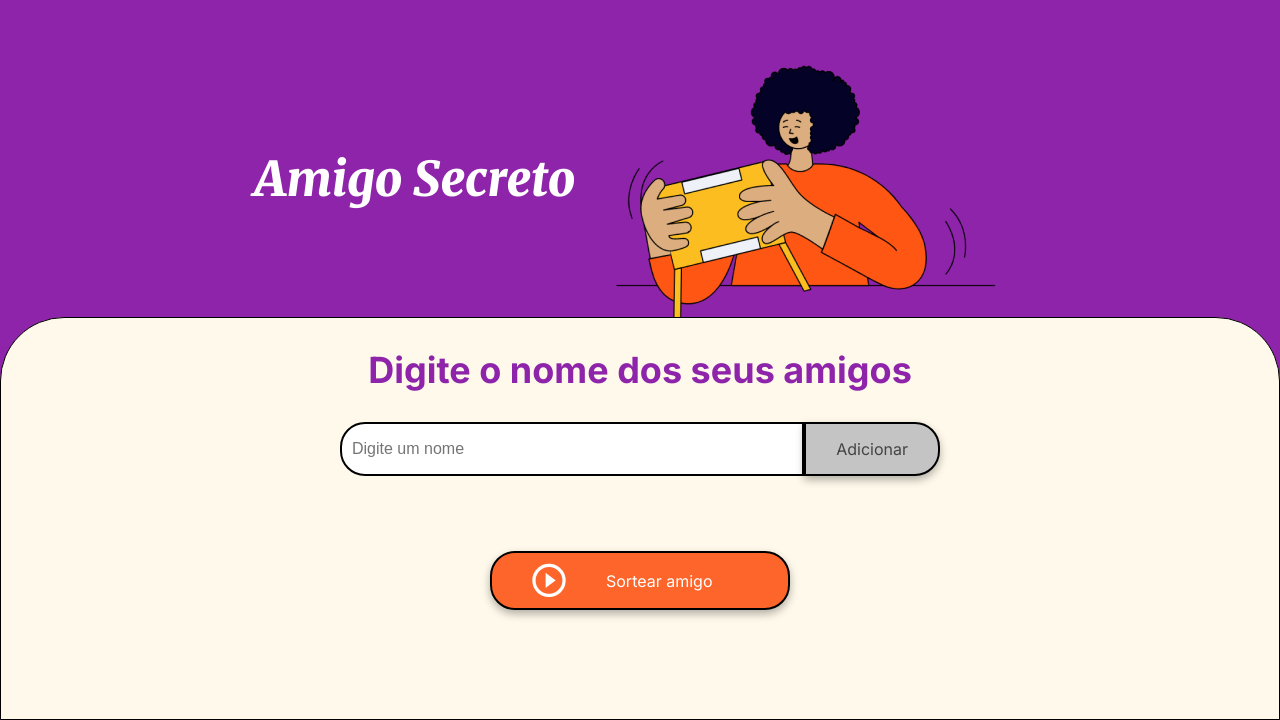
Repository: phsmottanerd/Projeto-amigosecreto
Page: challenge-amigo-secreto_pt-main/index.html
An editor plug-in stored every save of this project. The page is shown before and after the next save, followed by the edit.
The browser window is 1280 px wide. The pictures show the whole page.

Above is the page before, as saved 2025-02-12 02:14:26.

### challenge-amigo-secreto_pt-main/index.html
<!DOCTYPE html>
<html lang="pt-br">
<head>
    <meta charset="UTF-8">
    <meta name="viewport" content="width=device-width, initial-scale=1.0">
    <link rel="stylesheet" href="./style.css">
    <link rel="preconnect" href="https://fonts.googleapis.com">
    <link rel="preconnect" href="https://fonts.gstatic.com" crossorigin>
    <link href="https://fonts.googleapis.com/css2?family=Inter:wght@100;400;700;900&family=Merriweather:ital,wght@0,300;0,400;0,700;0,900;1,300;1,400;1,700;1,900&display=swap" rel="stylesheet">
    <title>Amigo Secreto</title>
</head>

<body>
    <main class="main-content">
        <header class="header-banner">
            <h1 class="main-title">Amigo Secreto</h1>
            <img src="./assets/amigo-secreto.png" alt="Imagem representativa de amigo secreto">
        </header>

        <section class="input-section">
            <h2 class="section-title">Digite o nome dos seus amigos</h2>
            <div class="input-wrapper">
                <input type="text" id="amigo" class="input-name" placeholder="Digite um nome">
                <button class="button-add" onclick="adicionarAmigo()">Adicionar</button>
            </div>

            <ul id="listaAmigos" class="name-list" aria-labelledby="listaAmigos" role="list"></ul>
            <ul id="resultado" class="result-list" aria-live="polite"></ul>

            <div class="button-container">
                <button class="button-draw" onclick="sortearAmigo()" aria-label="Sortear amigo secreto">
                    <img src="./assets/play_circle_outline.png" alt="Ícone para sortear">
                    Sortear amigo
                </button>
            </div>
        </section>
    </main>

    <script src="./app.js" defer></script>
</body>
</html>

### challenge-amigo-secreto_pt-main/style.css
:root {
    --color-primary: #8E24AA;
    --color-secondary: #FFF9EB;
    --color-tertiary: #C4C4C4;
    --color-button: #fe652b;
    --color-button-hover: #e55720;
    --color-text: #444444;
    --color-white: #FFFFFF;
}

/* Estilos gerais */
* {
    margin: 0;
    padding: 0;
    box-sizing: border-box;
}

body {
    height: 100vh;
    background-color: var(--color-primary);
    display: flex;
    justify-content: center;
    align-items: center;
}

.main-content {
    display: flex;
    flex-direction: column;
    height: 100%;
    width: 100%;
}

/* Banner */
.header-banner {
    flex: 40%;
    display: flex;
    justify-content: center;
    align-items: center;
    padding: 40px 0 0;
}

/* Seção de entrada */
.input-section {
    flex: 60%;
    background-color: var(--color-secondary);
    border: 1px solid #000;
    border-radius: 64px 64px 0 0;
    display: flex;
    flex-direction: column;
    align-items: center;
    padding: 20px;
    width: 100%;
}

/* Títulos */
.main-title {
    font-size: 48px;
    font-family: "Merriweather", serif;
    font-weight: 900;
    font-style: italic;
    color: var(--color-white);
}

.section-title {
    font-family: "Inter", serif;
    font-size: 36px;
    font-weight: 700;
    color: var(--color-primary);
    margin: 10px 0;
    text-align: center;
}

/* Contêineres de entrada e botão */
.input-wrapper {
    display: flex;
    justify-content: center;
    width: 100%;
    max-width: 600px;
    margin-top: 20px;
}

.input-name {
    width: 100%;
    padding: 10px;
    border: 2px solid #000;
    border-radius: 25px 0 0 25px;
    font-size: 16px;
}

.button-container {
    width: 300px;
    justify-content: center;
}

/* Estilos de entrada de texto */
.input-title {
    flex: 1;
    padding: 10px 15px;
    font-size: 16px;
    border: 2px solid #333;
    border-right: none;
    border-radius: 25px 0 0 25px;
    font-family: "Merriweather", serif;
    box-shadow: 0 4px 8px rgba(0, 0, 0, 0.3);
}

/* Estilos de botão */
button {
    padding: 15px 30px;
    font-family: "Inter", sans-serif;
    font-size: 16px;
    border: 2px solid #000;
    border-radius: 25px;
    box-shadow: 0 4px 8px rgba(0, 0, 0, 0.3);
    cursor: pointer;
}

.button-add {
    background-color: var(--color-tertiary);
    color: var(--color-text);
    border-radius: 0 25px 25px 0;
}

.button-add:hover {
    background-color: #a1a1a1;
}

/* Listas */
ul {
    list-style-type: none;
    color: var(--color-text);
    font-family: "Inter", sans-serif;
    font-size: 18px;
    margin: 20px 0;
}

.result-list {
    margin-top: 15px;
    color: #05DF05;
    font-size: 22px;
    font-weight: bold;
    text-align: center;
}

/* Botão de sortear título */
.button-draw {
    display: flex;
    align-items: center;
    width: 100%;
    padding: 10px 40px;
    color: var(--color-white);
    background-color: var(--color-button);
    font-size: 16px;
}

.button-draw img {
    margin-right: 40px;
}

.button-draw:hover {
    background-color: var(--color-button-hover);
}

### challenge-amigo-secreto_pt-main/app.js
//O principal objetivo deste desafio é fortalecer suas habilidades em lógica de programação. Aqui você deverá desenvolver a lógica para resolver o problema.
let amigos = [];

function adicionarAmigo() {
    const nomeAmigo = document.getElementById('amigo').value.trim();

    if (nomeAmigo) {
        amigos.push(nomeAmigo);
        atualizarListaAmigos();
        document.getElementById('amigo').value = '';
    } else {
        alert('Por favor, insira um nome válido.');
    }
}

function atualizarListaAmigos() {
    const listaAmigos = document.getElementById('listaAmigos');
    listaAmigos.innerHTML = '';

    amigos.forEach((amigo) => {
        const item = document.createElement('li');
        item.textContent = amigo;
        listaAmigos.appendChild(item);
    });
}

function sortearAmigo() {
    if (amigos.length < 2) {
        alert('É necessário pelo menos dois amigos para sortear.');
        return;
    }

    let amigosSorteados = [...amigos];
    let resultados = [];

    while (amigosSorteados.length > 0) {
        const amigoSorteado = amigosSorteados.splice(Math.floor(Math.random() * amigosSorteados.length), 1)[0];
        const amigoParaSortear = amigosSorteados.splice(Math.floor(Math.random() * amigosSorteados.length), 1)[0];

        resultados.push(`${amigoSorteado} -> ${amigoParaSortear}`);
    }

    exibirResultados(resultados);
}

function exibirResultados(resultados) {
    const resultadoElement = document.getElementById('resultado');
    resultadoElement.innerHTML = '';

    resultados.forEach(result => {
        const item = document.createElement('li');
        item.textContent = result;
        resultadoElement.appendChild(item);
    });
}

After the next save:
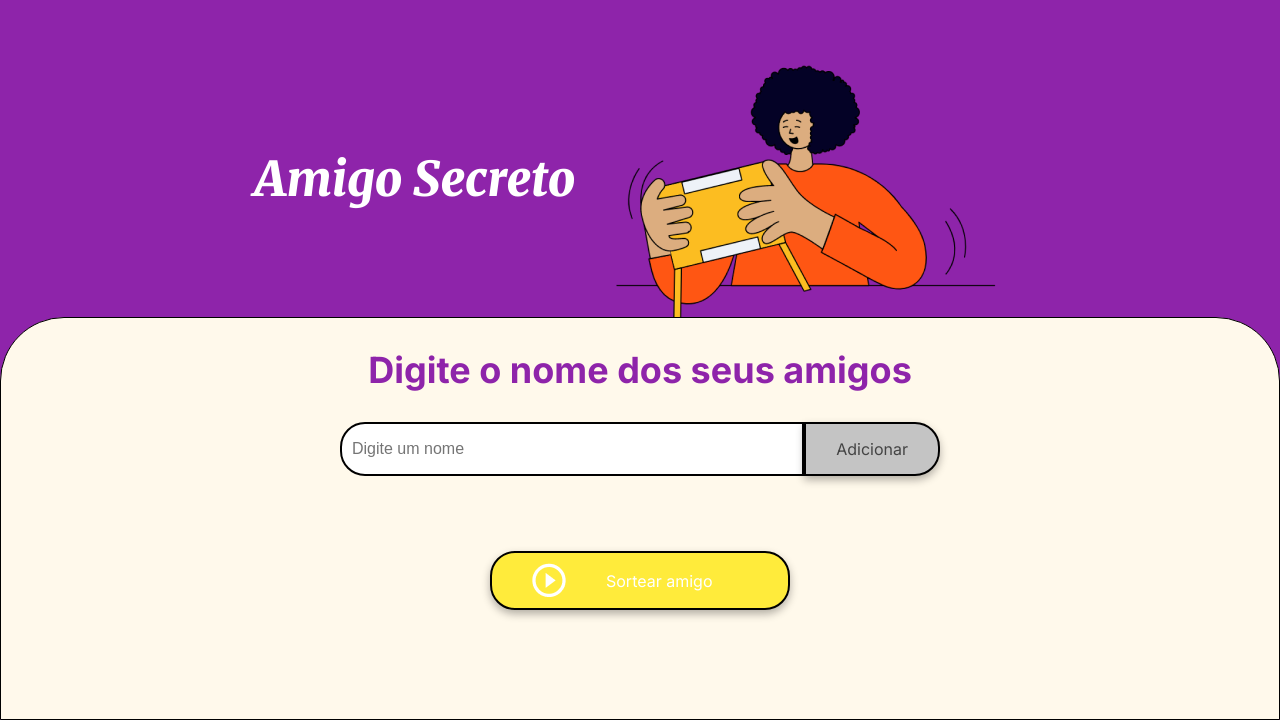
Saved 84 s later.
--- a/challenge-amigo-secreto_pt-main/style.css
+++ b/challenge-amigo-secreto_pt-main/style.css
@@ -2,8 +2,8 @@
     --color-primary: #8E24AA;
     --color-secondary: #FFF9EB;
     --color-tertiary: #C4C4C4;
-    --color-button: #fe652b;
-    --color-button-hover: #e55720;
+    --color-button: #FFEB3B;
+    --color-button-hover: #FFEB3B;
     --color-text: #444444;
     --color-white: #FFFFFF;
 }
